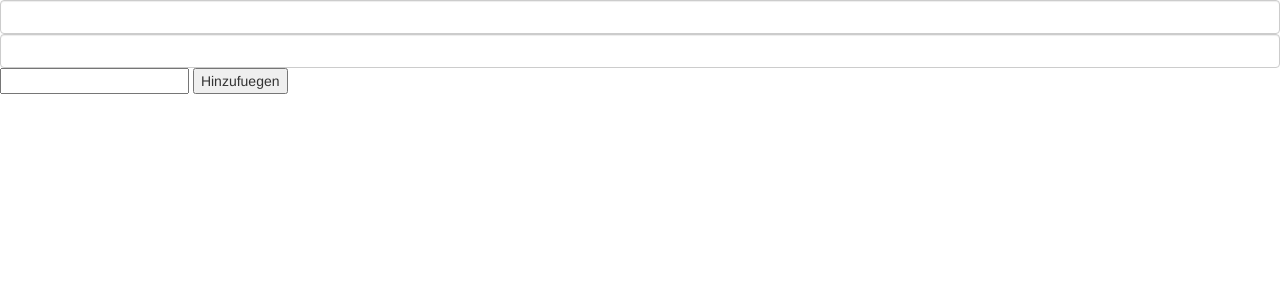
Repository: asdffdsa123/SA-Project
Page: SA-Webapp/WAR/index.html
An editor plug-in stored every save of this project. The page is shown before and after the next save, followed by the edit.
The browser window is 1280 px wide. The pictures show the whole page.
Some web libraries are served in a nearby version.

Above is the page before, as saved 2013-11-24 13:50:27.

After the next save:
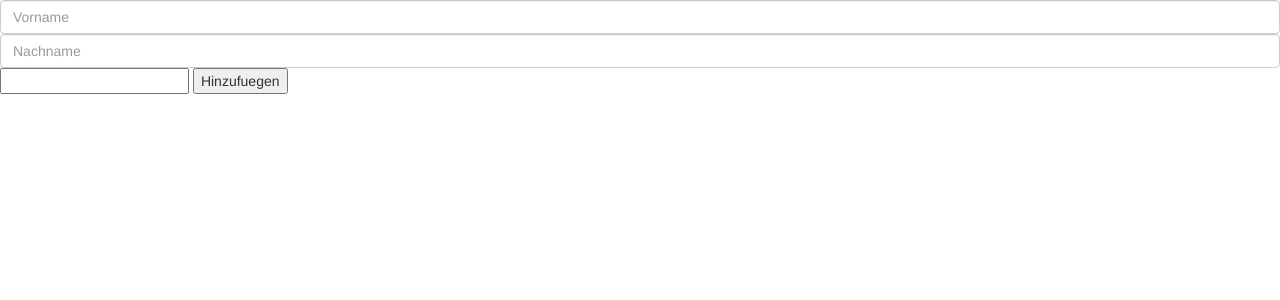
Saved 41 s later.
--- a/SA-Webapp/WAR/index.html
+++ b/SA-Webapp/WAR/index.html
@@ -5,8 +5,8 @@
 	</head>
 	<body>
 		<form>
-			<input type = "text" class = "form-control"/>
-			<input type = "text" class = "form-control"/>
+			<input type = "text" class = "form-control" placeholder = "Vorname"/>
+			<input type = "text" class = "form-control" placeholder = "Nachname"/>
 			<input type = "text"/>
 			<input type = "submit" value = "Hinzufuegen"/>
 		</form>
